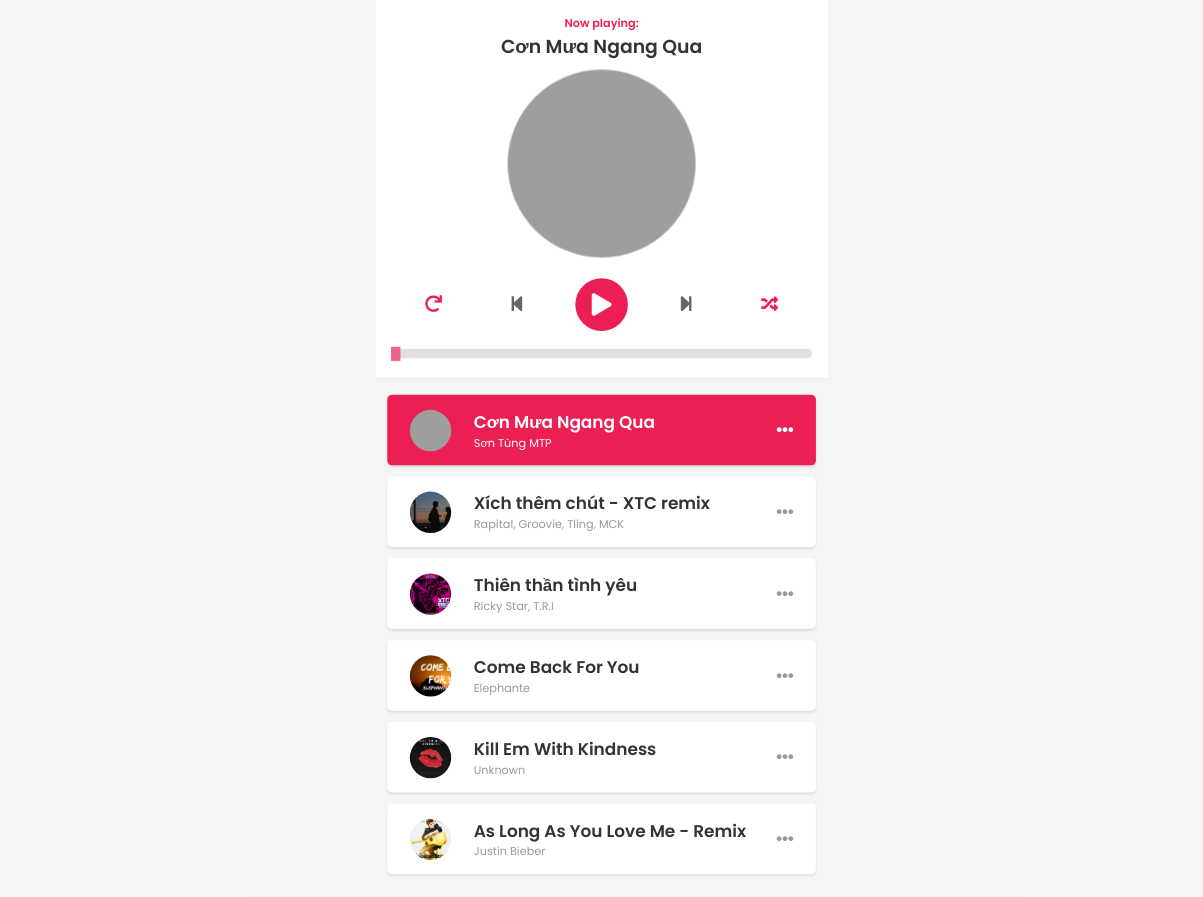
Repository: vandat598/musicPlayer
Page: index.html
These files come from the project's save history. The page is drawn as it stood at one moment and after the next save; the edit follows.
The browser window is 1280 px wide. The pictures show the whole page, at 94% of full size.
Pictures or frames that could not be fetched are drawn as grey boxes.

Above is the page before, as saved 2022-06-23 17:20:33.

After the next save:
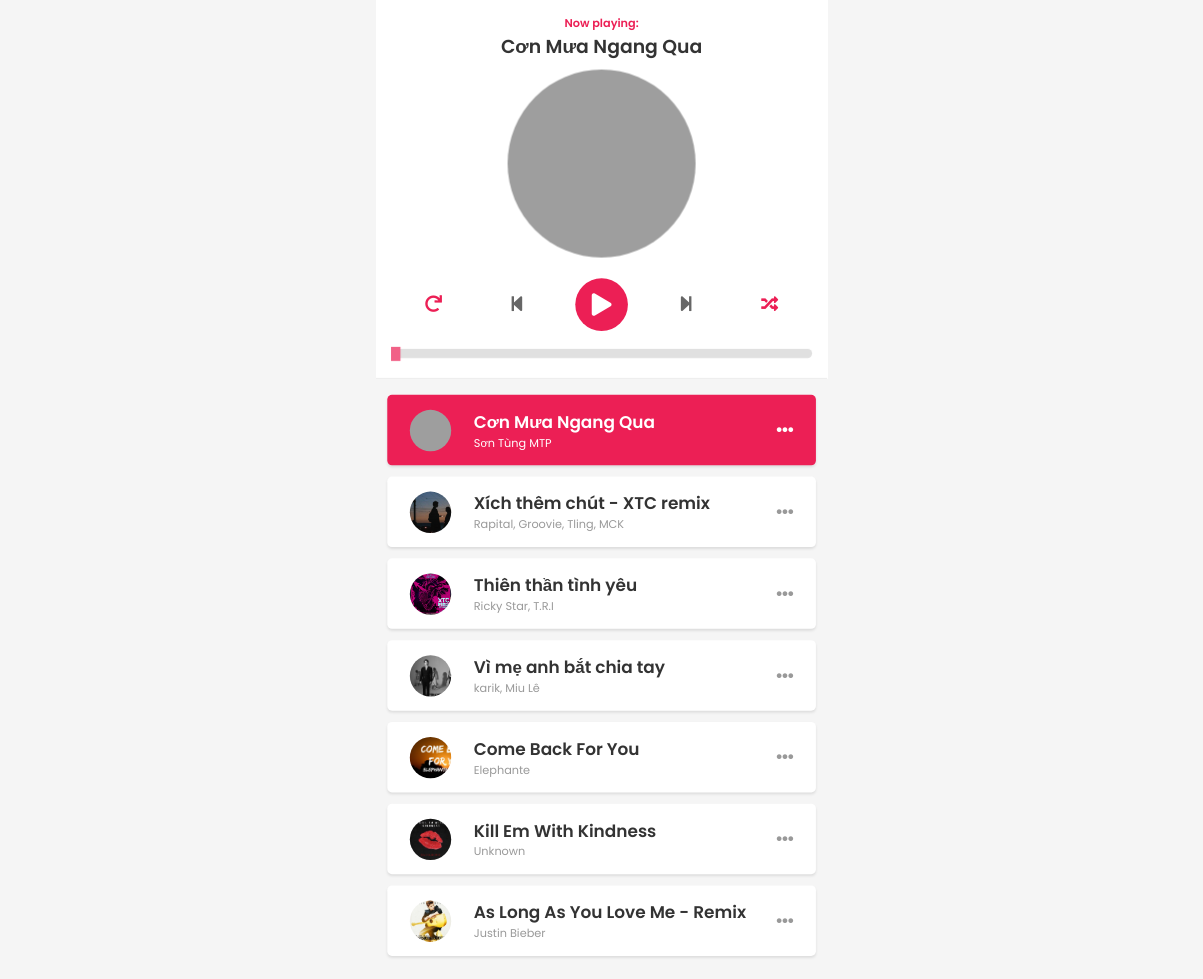
Saved 4 min 45 s later.
--- a/main.js
+++ b/main.js
@@ -54,6 +54,12 @@ const app = {
             singer: 'Ricky Star, T.R.I',
             path: './assets/music/ Xích Thêm Chút  XTC Remix.mp3',
             image: './assets/img/XTC.png',
+        },
+        {
+            name: 'Vì mẹ anh bắt chia tay',
+            singer: 'karik, Miu Lê',
+            path: './assets/music/VÌ MẸ ANH BẮT CHIA TAY.mp3',
+            image: './assets/img/viMeAnhBatChiaTay.png',
         },
         {
             name: 'Come Back For You',
